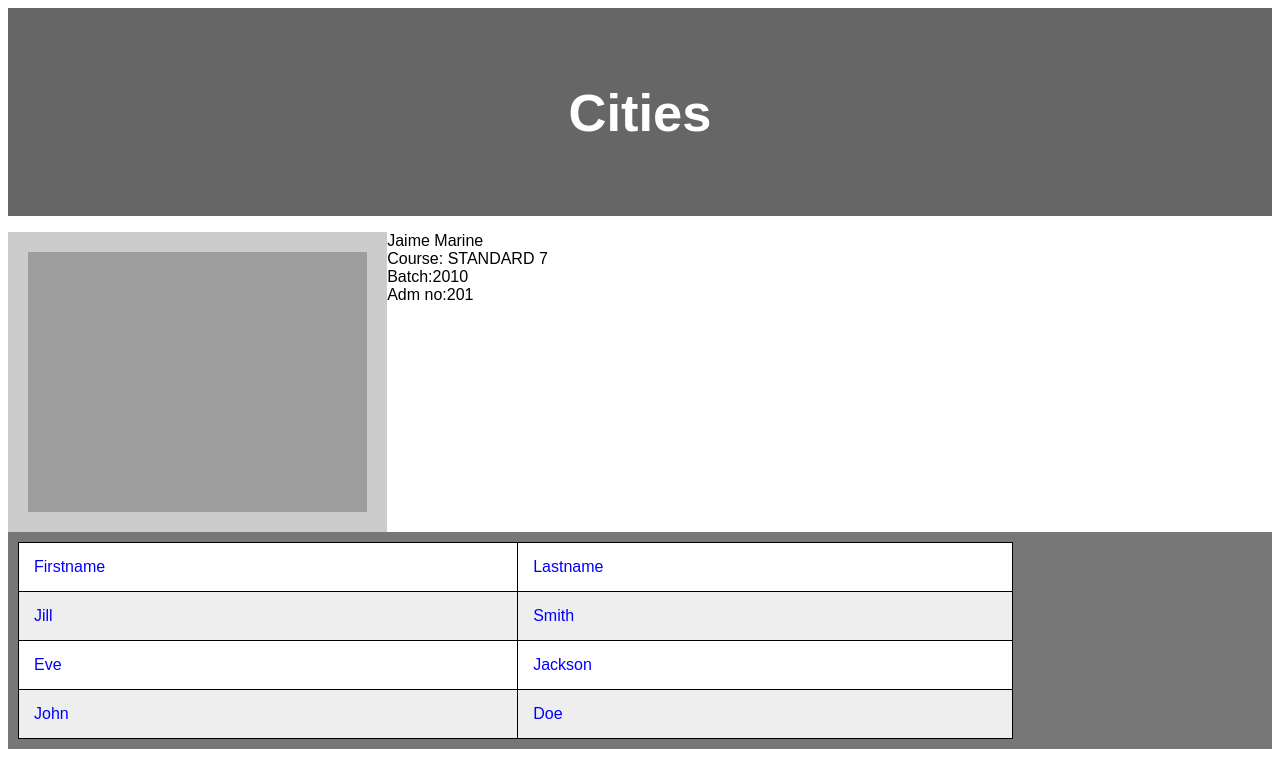
Repository: sandunigayanjali/Library_System
Page: http://localhost/library_management/studentProfile2.jsp
The author's editor kept a copy of each file at every save. The page is drawn from the files as they stood at one save, then again after the next save.
The browser window is 1280 px wide. The pictures show the whole page.
Pictures or frames that could not be fetched are drawn as grey boxes. The page is served by Tomcat 9.

Above is the page before, as saved 2018-11-23 15:22:55.

### library management/WebContent/studentProfile2.jsp
<%@ page language="java" contentType="text/html; charset=ISO-8859-1"
    pageEncoding="ISO-8859-1"%>
<!DOCTYPE html PUBLIC "-//W3C//DTD HTML 4.01 Transitional//EN" "http://www.w3.org/TR/html4/loose.dtd">
<html>
<head>
 <meta charset="utf-8">
<meta name="viewport" content="width=device-width, initial-scale=1">
<title>Insert title here</title>

<style>
* {
    box-sizing: border-box;
}

body {
    font-family: Arial, Helvetica, sans-serif;
}

/* Style the header */
header {
    background-color: #666;
    padding: 30px;
    text-align: center;
    font-size: 35px;
    color: white;
}

/* Create two columns/boxes that floats next to each other */
aside{
    float: left;
    width: 30%;
    height: 300px; /* only for demonstration, should be removed */
    background: #ccc;
    padding: 20px;
}

/* Style the list inside the menu */
nav ul {
    list-style-type: none;
    padding: 0;
}

article {
    float: left;
    padding: 20px;
    width: 70%;
    background-color: #f1f1f1;
    height: 300px; /* only for demonstration, should be removed */
}

/* Clear floats after the columns */
section:after {
    content: "";
    display: table;
    clear: both;
}

/* Style the footer */
footer {
    background-color: #777;
    padding: 10px;
    text-align: center;
    color: white;
}

/* Responsive layout - makes the two columns/boxes stack on top of each other instead of next to each other, on small screens */
/*@media (max-width: 600px) {
    nav, article {
        width: 100%;
        height: auto;
    }
}*/

table {
    width:80%;
}
table, th, td {
    border: 1px solid black;
    border-collapse: collapse;
}
th, td {
    padding: 15px;
    text-align: left;
}
table#t01 tr:nth-child(even) {
    background-color: #eee;
}
table#t01 tr:nth-child(odd) {
   background-color: #fff;
}

</style>

</head>
<body>

<header>
  <h2>Cities</h2>
</header>

<section>
<aside>
<img src="F:\library mangement\man.jpg" alt="Smiley face" width="100%" height="100%" align="left"></div>

</aside>
  <nav>
    <ul>
      <li>Jaime Marine</li>
      <li>Course: STANDARD 7</li>
      <li>Batch:2010</li>
       <li>Adm no:201</li>
    </ul>
  </nav>


</section>
<center>
<footer>
<font color="blue">
 <table id="t01">
  <tr>
    <td>Firstname</td>
    <td>Lastname</td>

  </tr>
  <tr>
    <td>Jill</td>
    <td>Smith</td>

  </tr>
  <tr>
    <td>Eve</td>
    <td>Jackson</td>

  </tr>
  <tr>
    <td>John</td>
    <td>Doe</td>

  </tr>
</table>
</font>
</footer></center>
</body>
</html>

After the next save:
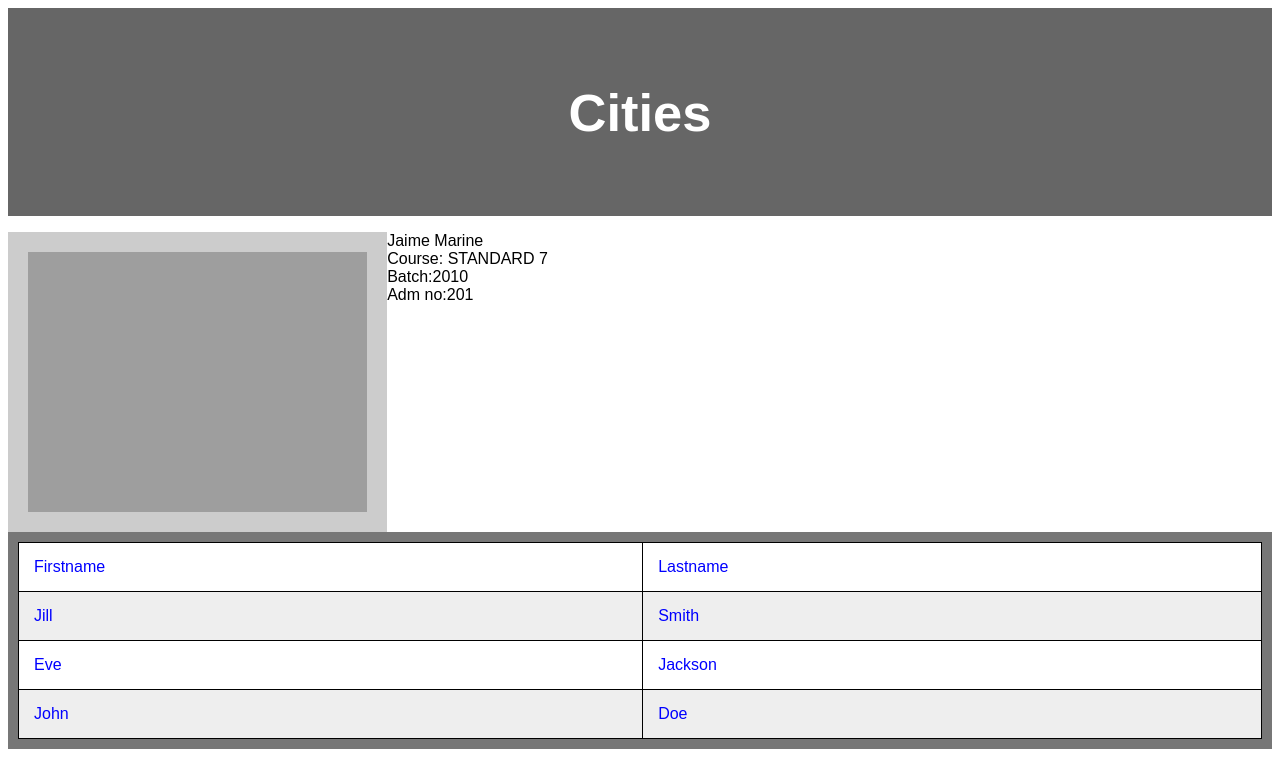
Saved 34 s later.
--- a/library management/WebContent/studentProfile2.jsp
+++ b/library management/WebContent/studentProfile2.jsp
@@ -72,7 +72,7 @@ footer {
 }*/
 
 table {
-    width:80%;
+    width:100%;
 }
 table, th, td {
     border: 1px solid black;
